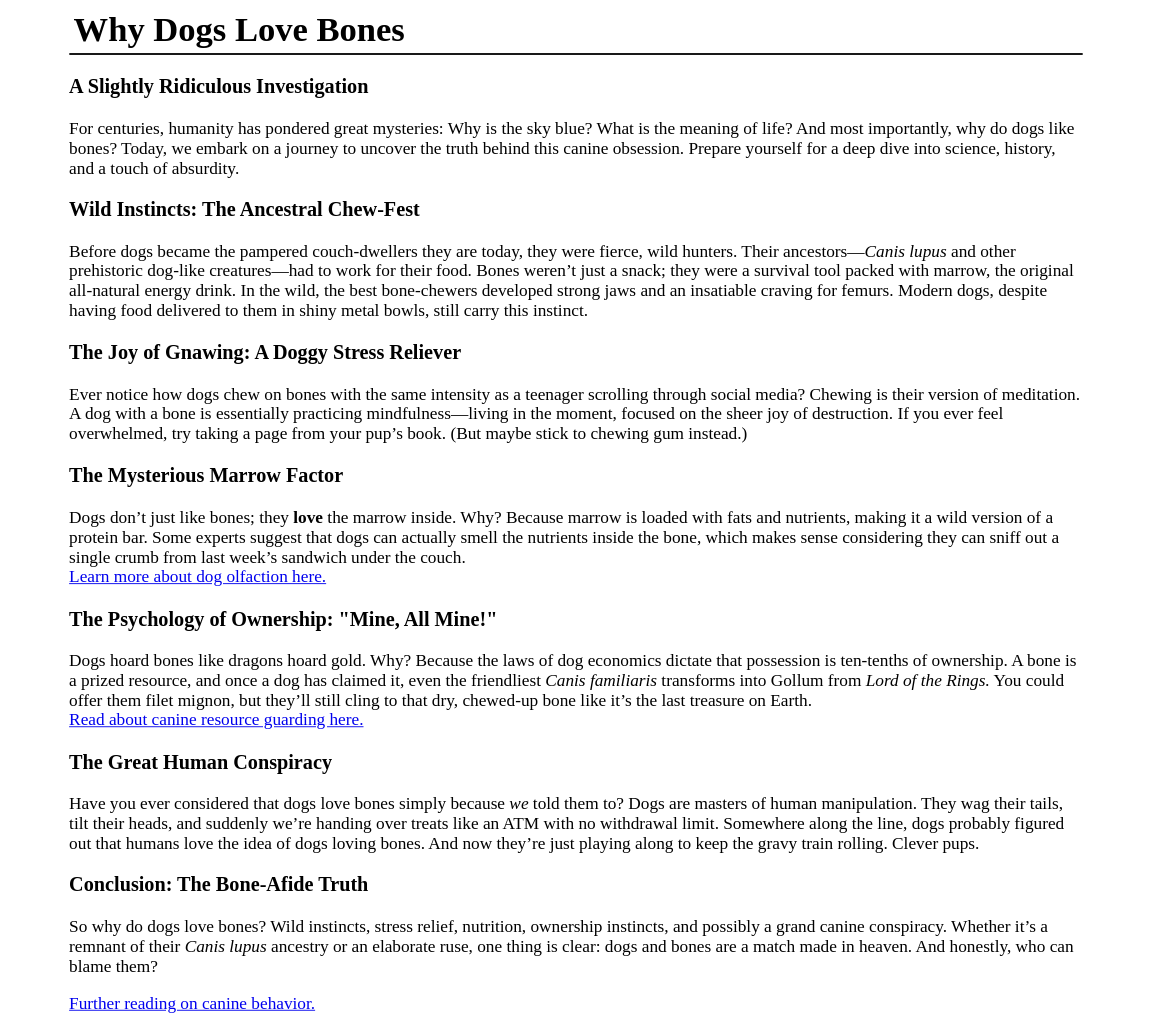
Repository: Leith-vdl/apprentice-challenge-1
Page: index.html
These files come from the project's save history. The page is drawn as it stood at one moment and after the next save; the edit follows.
The browser window is 1280 px wide. The pictures show the whole page, at 90% of full size.

Above is the page before, as saved 2025-01-31 15:17:34.

After the next save:
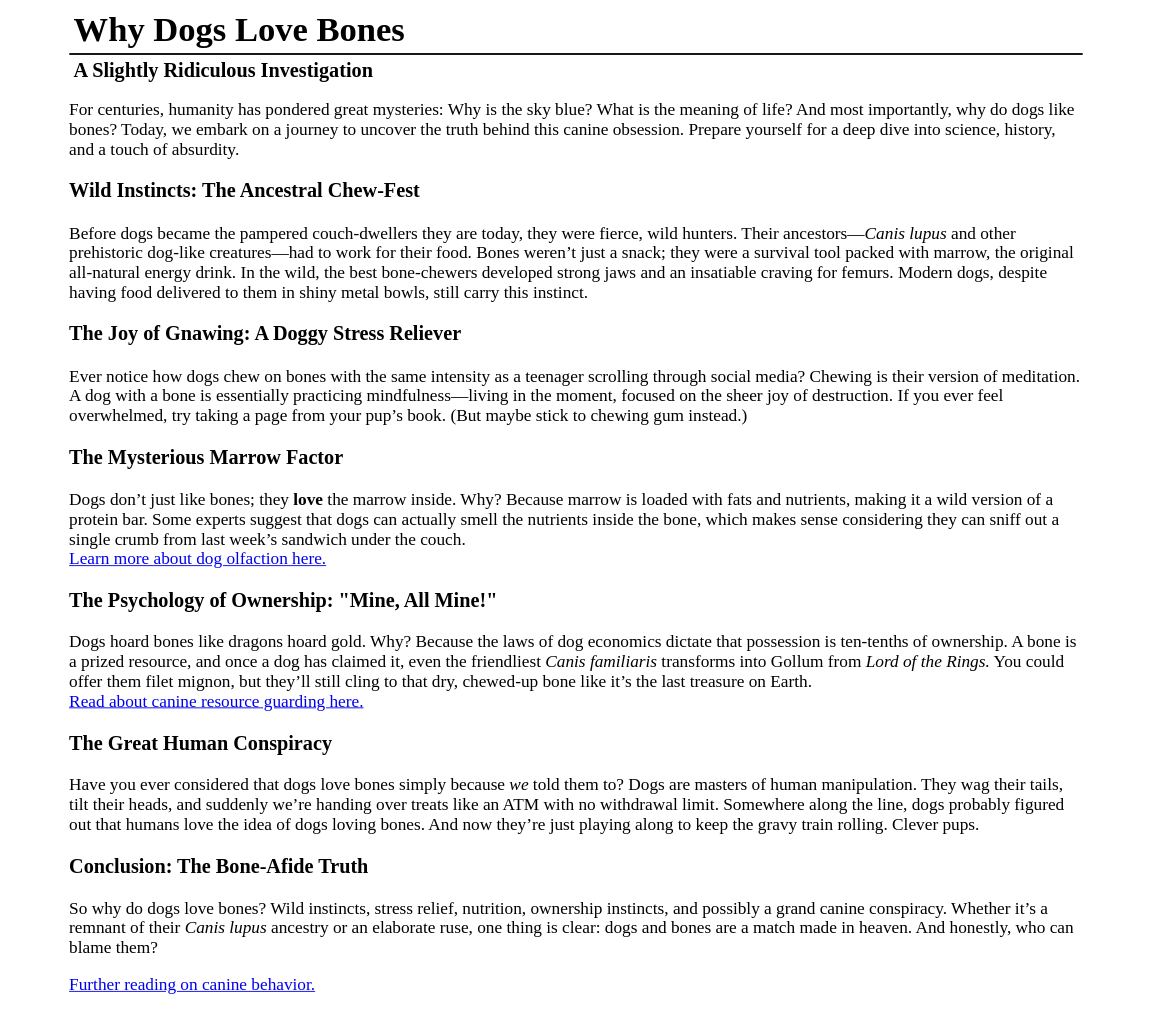
Saved 3 s later.
--- a/index.html
+++ b/index.html
@@ -14,7 +14,7 @@
     </header>
     <main>
         <section>
-            <h3>A Slightly Ridiculous Investigation</h3>
+            <h3 class="section-title">A Slightly Ridiculous Investigation</h3>
             <p>
                 For centuries, humanity has pondered great mysteries: Why is the sky blue? What is the
                 meaning of life? And most importantly, why do dogs like bones? Today, we embark on a
